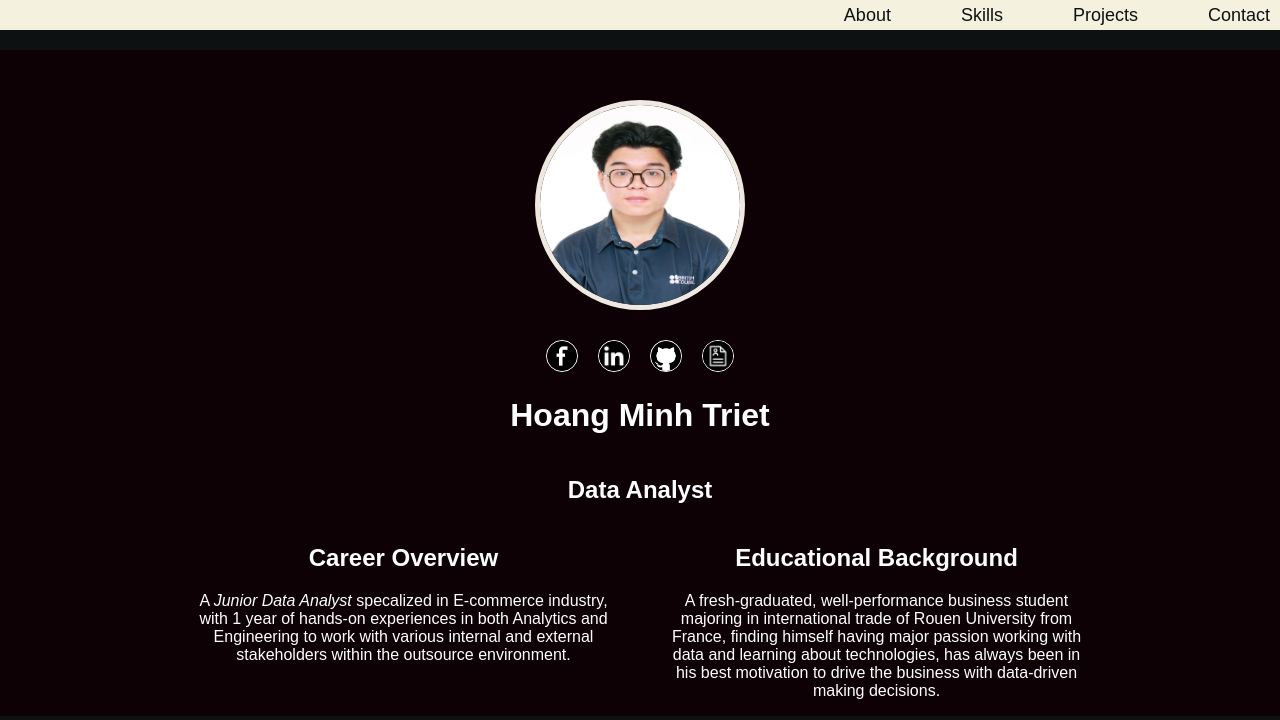
Repository: MinnTrit/personal_website
Page: http://localhost/
An editor plug-in stored every save of this project. The page is shown before and after the next save, followed by the edit.
The browser window is 1280 px wide. The pictures show the whole page.
An inner scrolling area shows only its first screen. The page is served by the project's application, run on Flask 3 (app.py).

Above is the page before, as saved 2025-01-30 17:48:58.

After the next save:
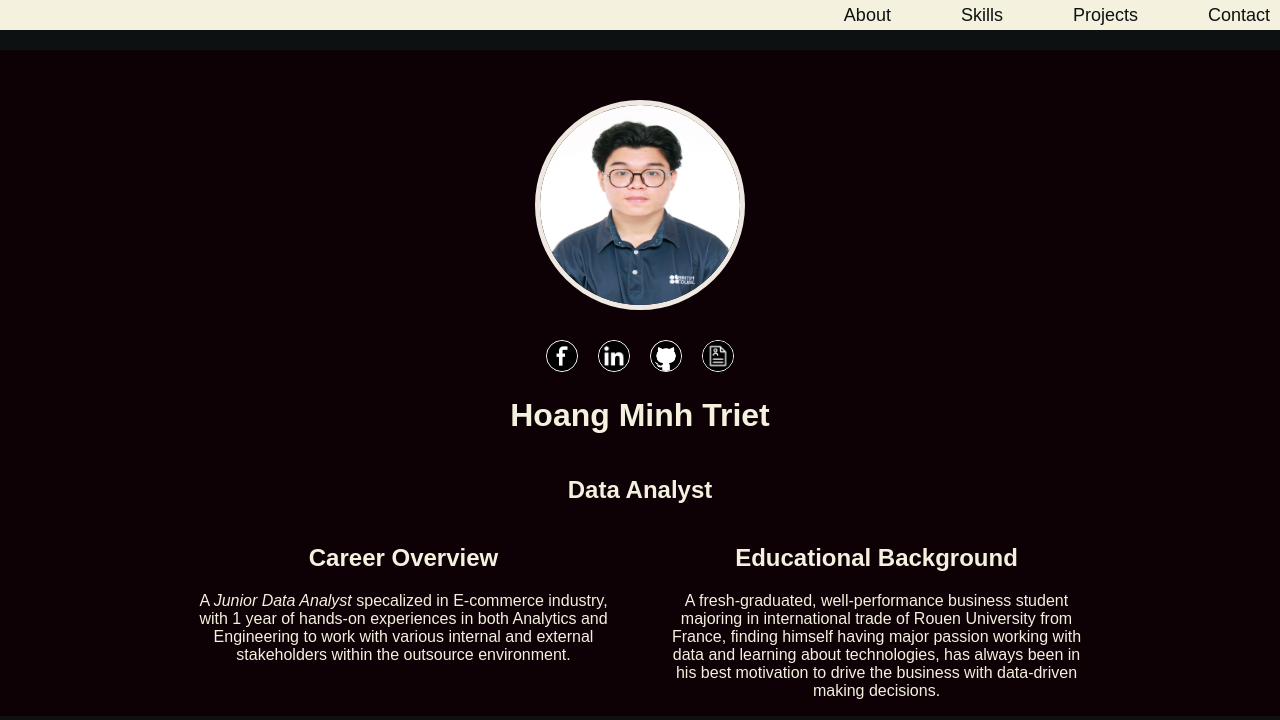
Saved 19 s later.
--- a/static/css/main.css
+++ b/static/css/main.css
@@ -5,7 +5,7 @@
 html, body {
     height: 100%;
     margin: 0;
-    color: white;
+    color: #F4F1DE;
     background-color: #0e1111;
     font-family: Arial;
     overflow-x: hidden;
